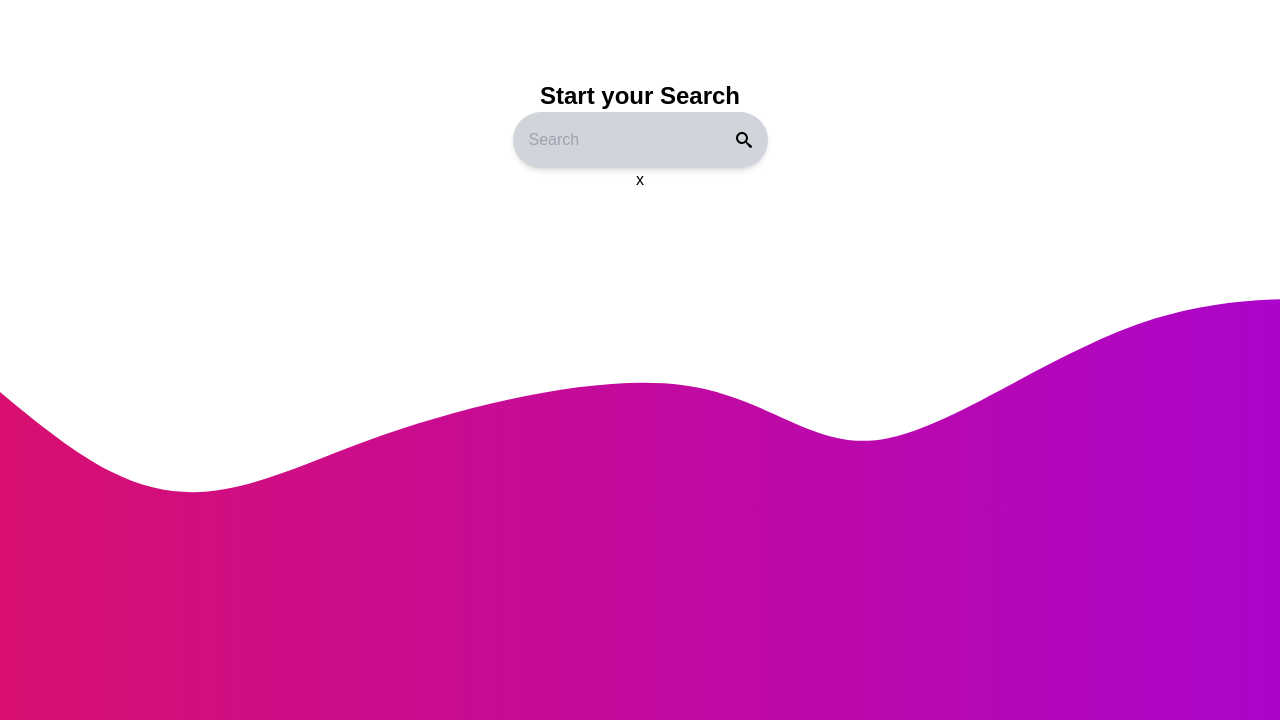
Repository: evergreenx/dictionary-octo
Page: /
These files come from the project's save history. The page is drawn as it stood at one moment and after the next save; the edit follows.
The browser window is 1280 px wide. The pictures show the whole page.
The project was rebuilt for these pictures with package versions that can differ from the ones it lists, and the page was loaded fresh each time. The framework's server and built-in components were replaced by stand-ins that run in the browser. Also part of the build but not shown: next.config.js.

Above is the page before, as saved 2022-04-30 14:55:49.

### pages/index.js
import Head from "next/head";
import Image from "next/image";
import bgimage from "../public/bg.svg";

import { ImSearch } from "react-icons/im";

export default function Home() {
  return (
    <div>
      <Head>
        <title>Create Next App</title>
        <meta name="description" content="Generated by create next app" />
        <link rel="icon" href="/favicon.ico" />
      </Head>

      <main className=" flex flex-col justify-center items-center py-20">
        <div className="input--container">
          <h1 className="text-2xl font-bold text-center">Start your Search</h1>

          <div className="flex items-center bg-gray-300 shadow-md rounded-full p-4 ">
            <input
              className="input--text bg-gray-300"
              type="text"
              placeholder="Search"
            />

            <ImSearch />
          </div>
        </div>
        x{" "}
      </main>
    </div>
  );
}

### styles/globals.css
@tailwind base;
@tailwind components;
@tailwind utilities;

@import url("https://fonts.googleapis.com/css2?family=Quicksand&display=swap");

body {
  padding: 0;
  margin: 0;
  font-family: "Quicksand", sans-serif;
  background-image: url("../public/bg.svg");
  background-repeat: no-repeat;
  background-size: cover;
  background-position: bottom;
  height: 100vh;
  font-family: 'Quicksand', sans-serif;
}

a {
  color: inherit;
  text-decoration: none;
}

* {
  box-sizing: border-box;
}

Loaded but not shown: pages/_app.js (common file); tailwind.config.js (common file)

After the next save:
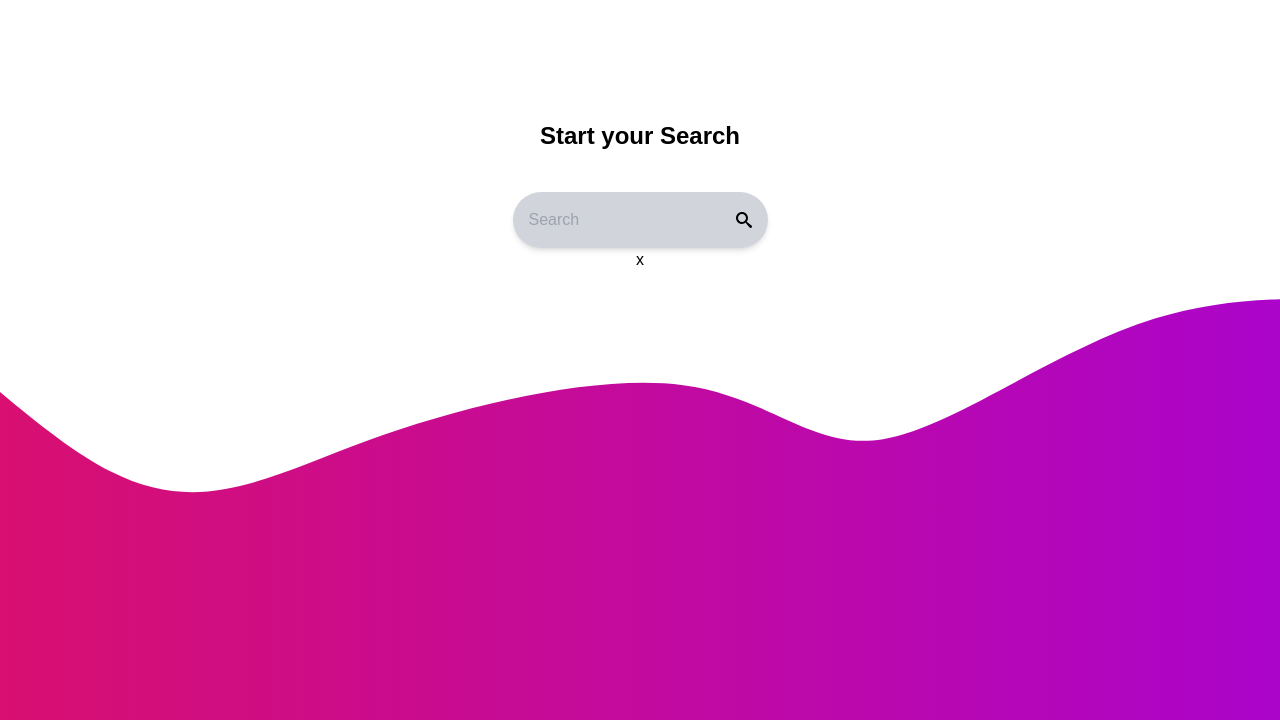
Saved 22 s later.
--- a/pages/index.js
+++ b/pages/index.js
@@ -15,7 +15,7 @@ export default function Home() {
 
       <main className=" flex flex-col justify-center items-center py-20">
         <div className="input--container">
-          <h1 className="text-2xl font-bold text-center">Start your Search</h1>
+          <h1 className="text-2xl font-bold text-center py-10">Start your Search</h1>
 
           <div className="flex items-center bg-gray-300 shadow-md rounded-full p-4 ">
             <input
